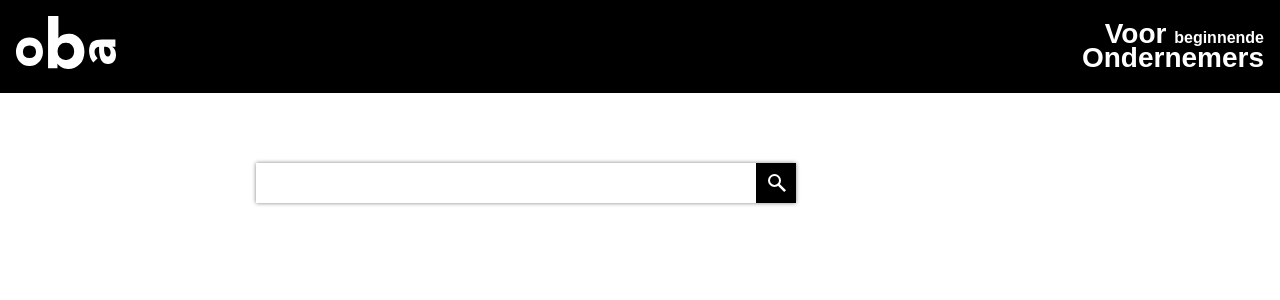
Repository: juliandecloe/OBA-voor-beginnende-ondernemers
Page: index.html
The author's editor kept a copy of each file at every save. The page is drawn from the files as they stood at one save, then again after the next save.
The browser window is 1280 px wide. The pictures show the whole page.

Above is the page before, as saved 2022-03-15 11:01:27.

After the next save:
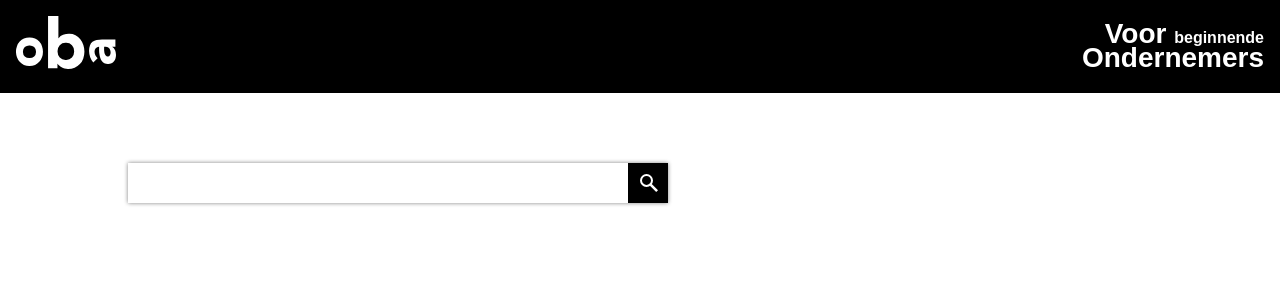
Saved 6 s later.
--- a/style.css
+++ b/style.css
@@ -34,7 +34,7 @@
 }
 
 form {
-    --calc-margin: calc(100vw - 70% - 10%);
+    --calc-margin: calc(100vw - 70% - 20%);
     width: 75vw;
     height: 25vh;
     display: flex;
